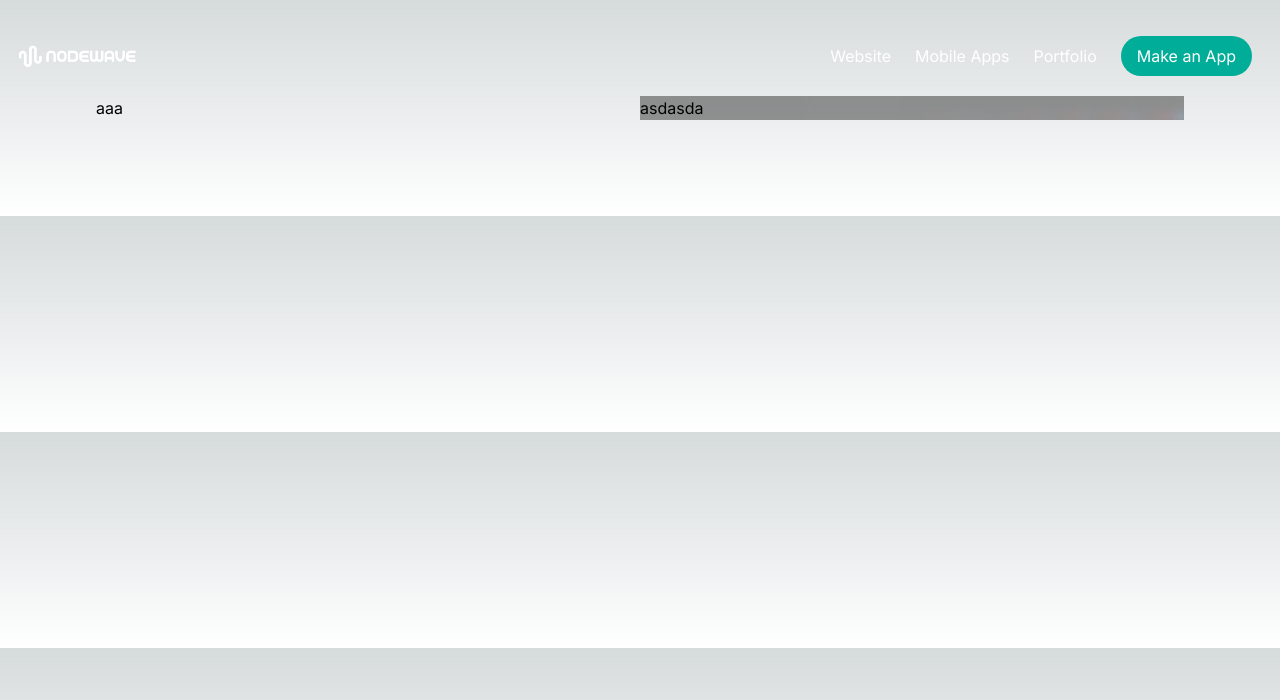
Repository: farrelmuhammad/nodewave
Page: /
An editor plug-in stored every save of this project. The page is shown before and after the next save, followed by the edit.
The browser window is 1280 px wide. The pictures show the whole page.
The project was rebuilt for these pictures with package versions that can differ from the ones it lists, and the page was loaded fresh each time. The framework's server and built-in components were replaced by stand-ins that run in the browser. Also part of the build but not shown: next.config.js.

Above is the page before, as saved 2023-09-08 12:57:01.

After the next save:
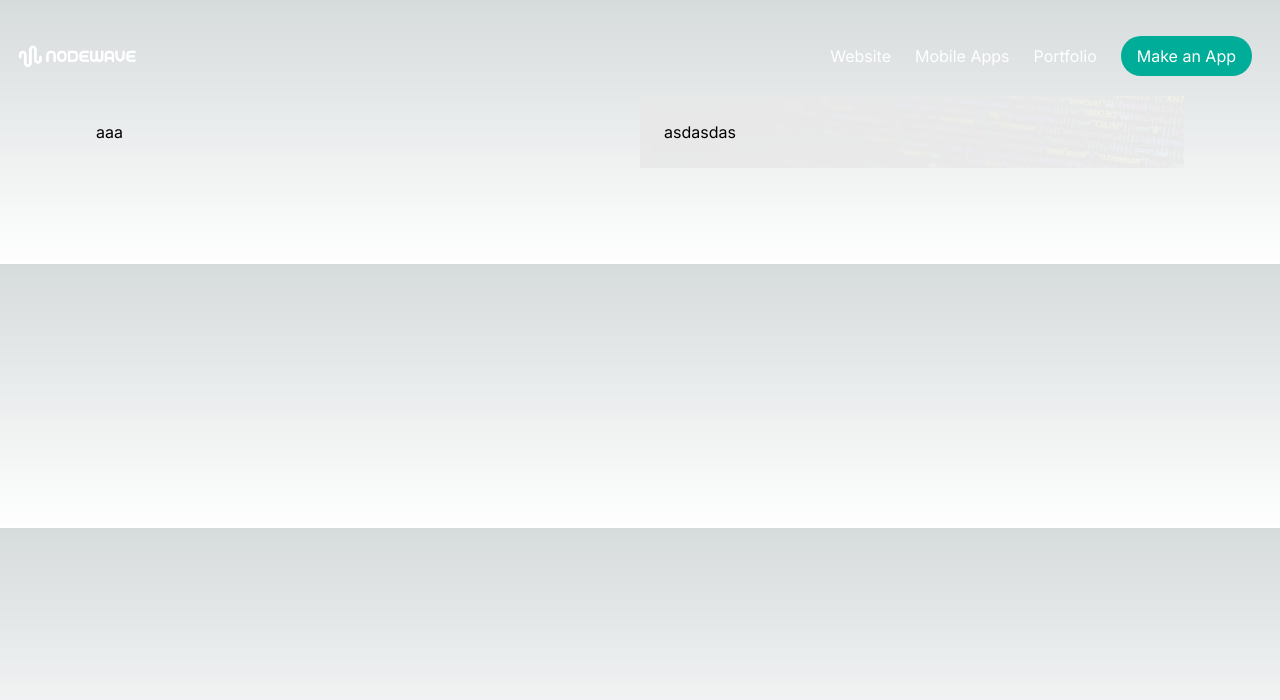
Saved 14 s later.
--- a/src/components/Hero.jsx
+++ b/src/components/Hero.jsx
@@ -4,13 +4,16 @@
   return (
     <main className="flex h-full items-center justify-between p-24">
       <div className="w-1/2">aaa</div>
-      <div
-        className="w-1/2 relative"
-        style={{
-          backgroundImage: 'url("/assets/background.png")', // Ganti dengan path gambar Anda
-        }}
-      >
-        asdasda
+      <div className="w-1/2 relative">
+        <div
+          className="absolute top-0 left-0 w-full h-full bg-cover bg-center"
+          style={{
+            backgroundImage: 'url("/assets/background.png")', // Ganti dengan path gambar Anda
+          }}
+        ></div>
+        <div className="relative z-10 p-6 bg-white bg-opacity-80">
+          asdasdas
+        </div>
       </div>
     </main>
   );
